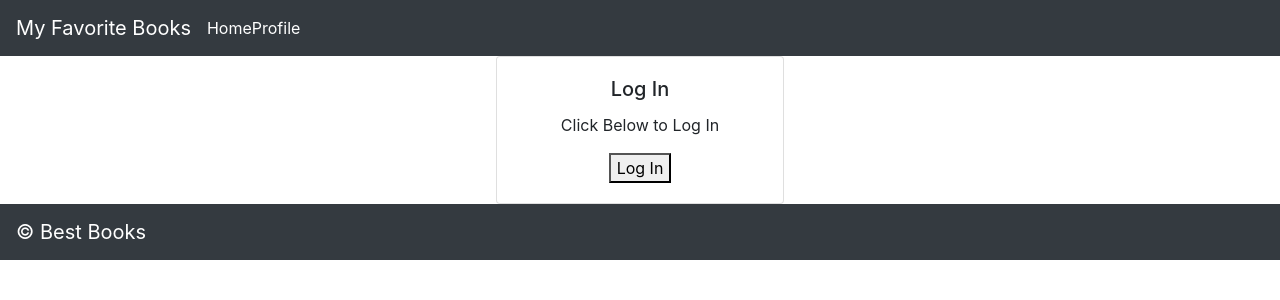
Repository: Razan-am/can-of-books-frontend
Page: /
The author's editor kept a copy of each file at every save. The page is drawn from the files as they stood at one save, then again after the next save.
The browser window is 1280 px wide. The pictures show the whole page.
The project was rebuilt for these pictures with package versions that can differ from the ones it lists, and the page was loaded fresh each time. Also part of the build but not shown: src/BestBooks.css, src/BestBooks.js, src/Profile.js, src/BrowserRouter.js.

Above is the page before, as saved 2021-07-04 19:51:41.

### src/index.js
import React from "react";
import ReactDOM from "react-dom";
import App from "./App";
import { Auth0Provider } from "@auth0/auth0-react";

ReactDOM.render(
  <Auth0Provider
    domain={process.env.AUTH0_DOMAIN}
    clientId={process.env.CLIENT_ID}
    redirectUri={window.location.origin}
  >
    <App />
  </Auth0Provider>,
  document.getElementById("root")
);

### src/App.js
import React from 'react';
import Header from './Header';
import IsLoadingAndError from './IsLoadingAndError';
import Footer from './Footer';
import BestBooks from './BestBooks'
import { withAuth0 } from '@auth0/auth0-react';
import Login from './Login';
import BrowserRouter from './BrowserRouter';
import Profile from './Profile'


// import Profile from './Profile';
import {
  BrowserRouter as Router,
  Switch,
  Route,
  Link
} from "react-router-dom";

class App extends React.Component {

  render() {
    console.log('app', this.props);
    return (
      <>
        <Router>
          <IsLoadingAndError>
            <Header />
            <Switch>
              <Route exact path="/">
                {/* TODO: if the user is logged in, render the `BestBooks` component, if they are not, render the `Login` component */}
                {
                  this.props.auth0.isAuthenticated ?
                    <BestBooks />
                    :<Login/>
                }
              </Route>
              {/* TODO: add a route with a path of '/profile' that renders a `Profile` component */}
              <Route exact path='/profile'>
                    <Profile/>
                </Route>
              <BrowserRouter/>
            </Switch>
            <Footer />
          </IsLoadingAndError>
          {/* <Profile/> */}
        </Router>
      </>
    );
  }
}

export default withAuth0(App);

### src/Login.js
import React from 'react';
import 'bootstrap/dist/css/bootstrap.min.css';
import Card from 'react-bootstrap/Card';
import './Login.css';
import LoginButton from './LoginButton';

class Login extends React.Component {
  render() {
    return(
      <Card style={{ width: '18rem' }}>
        <Card.Body>
          <Card.Title>Log In</Card.Title>
          <Card.Text>
            Click Below to Log In
          </Card.Text>
          {/* TODO: add a `LoginButton` component here that will log the user in with Auth0 */}
          <LoginButton/>
        </Card.Body>
      </Card>
    )
  }
}

export default Login;

Loaded but not shown: public/index.html (common file); src/Header.js (common file); src/IsLoadingAndError.js (common file); src/Footer.js (common file); src/Header.css (common file); src/Login.css (common file); src/LoginButton.js (common file)

After the next save:
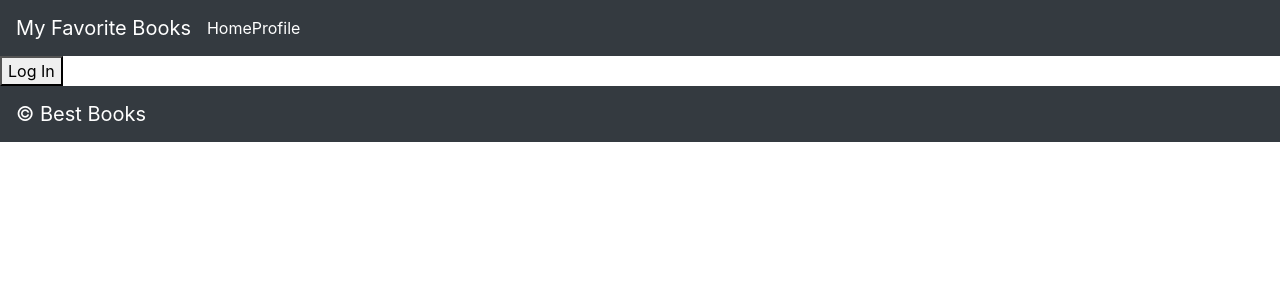
Saved 77 s later.
--- a/src/App.js
+++ b/src/App.js
@@ -4,7 +4,7 @@
 import Footer from './Footer';
 import BestBooks from './BestBooks'
 import { withAuth0 } from '@auth0/auth0-react';
-import Login from './Login';
+import LoginButton from './LoginButton';
 import BrowserRouter from './BrowserRouter';
 import Profile from './Profile'
 
@@ -14,7 +14,6 @@
   BrowserRouter as Router,
   Switch,
   Route,
-  Link
 } from "react-router-dom";
 
 class App extends React.Component {
@@ -32,7 +31,9 @@
                 {
                   this.props.auth0.isAuthenticated ?
                     <BestBooks />
-                    :<Login/>
+                    :<Route to='/login'>
+                    <LoginButton/>
+                 </Route>
                 }
               </Route>
               {/* TODO: add a route with a path of '/profile' that renders a `Profile` component */}

After the 3 saves that followed:
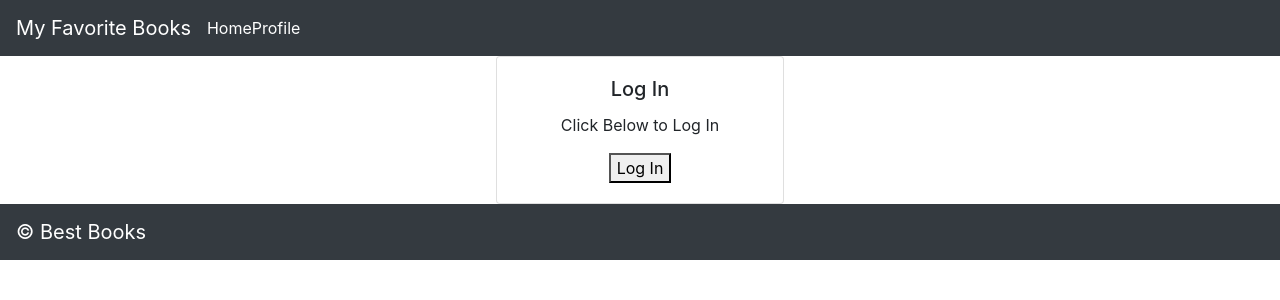
The 3 saves are shown as one change because 1 did not build or start and 1 left the picture as it was.
The last was saved 11 min 6 s later.
--- a/src/App.js
+++ b/src/App.js
@@ -4,7 +4,7 @@
 import Footer from './Footer';
 import BestBooks from './BestBooks'
 import { withAuth0 } from '@auth0/auth0-react';
-import LoginButton from './LoginButton';
+import Login from './Login';
 import BrowserRouter from './BrowserRouter';
 import Profile from './Profile'
 
@@ -31,9 +31,7 @@
                 {
                   this.props.auth0.isAuthenticated ?
                     <BestBooks />
-                    :<Route to='/login'>
-                    <LoginButton/>
-                 </Route>
+                    :<Login/>
                 }
               </Route>
               {/* TODO: add a route with a path of '/profile' that renders a `Profile` component */}
